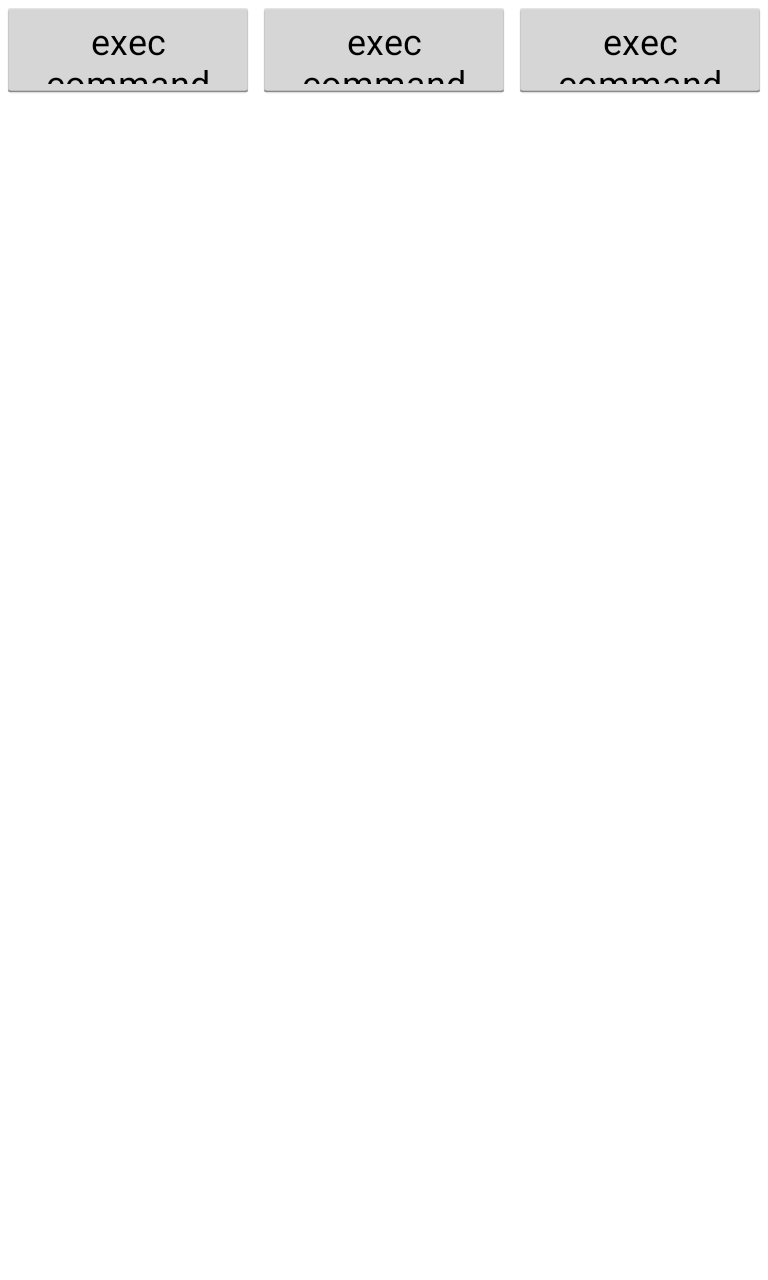
Repository: zzttt/LVM_BackupSol
Layout: TimeTraveler/res/layout/activity_main.xml
An editor plug-in stored every save of this project. The layout is shown before and after the next save, followed by the edit.
It is drawn on a 768 x 1280 px phone screen (xhdpi) without system bars, with theme AppTheme; the app's code is not run. Lists and similar views that code fills are empty.

Above is the layout before, as saved 2014-07-01 23:27:38.

### TimeTraveler/res/layout/activity_main.xml
<?xml version="1.0" encoding="utf-8"?>
<RelativeLayout xmlns:android="http://schemas.android.com/apk/res/android"
    android:layout_width="fill_parent"
    android:layout_height="fill_parent"
    >

    <LinearLayout
        android:layout_width="fill_parent"
        android:layout_height="150dip"
        android:orientation="horizontal"
        android:id="@+id/title_layout"
        >

        <Button
            android:id="@+id/btn_one"
            android:layout_width="0dip"
            android:layout_weight="1"
            android:layout_height="50dip"
            android:text="exec command" />

        <Button
            android:id="@+id/btn_two"
            android:layout_width="0dip"
            android:layout_weight="1"
            android:layout_height="50dip"
            android:text="exec command" />

        <Button
            android:id="@+id/btn_three"
            android:layout_width="0dip"
            android:layout_weight="1"
            android:layout_height="50dip"
            android:text="exec command" />
    </LinearLayout>

	<android.support.v4.view.ViewPager
	    android:id="@+id/pager"
	    android:layout_width="match_parent"
	    android:layout_height="match_parent"
	 	android:layout_below="@+id/ll_title_layout"
	    >



	</android.support.v4.view.ViewPager>
</RelativeLayout>

Loaded but not shown: TimeTraveler/res/values/styles.xml (common file); TimeTraveler/res/values-v11/styles.xml (common file); TimeTraveler/res/values-v14/styles.xml (common file)

After the next save:
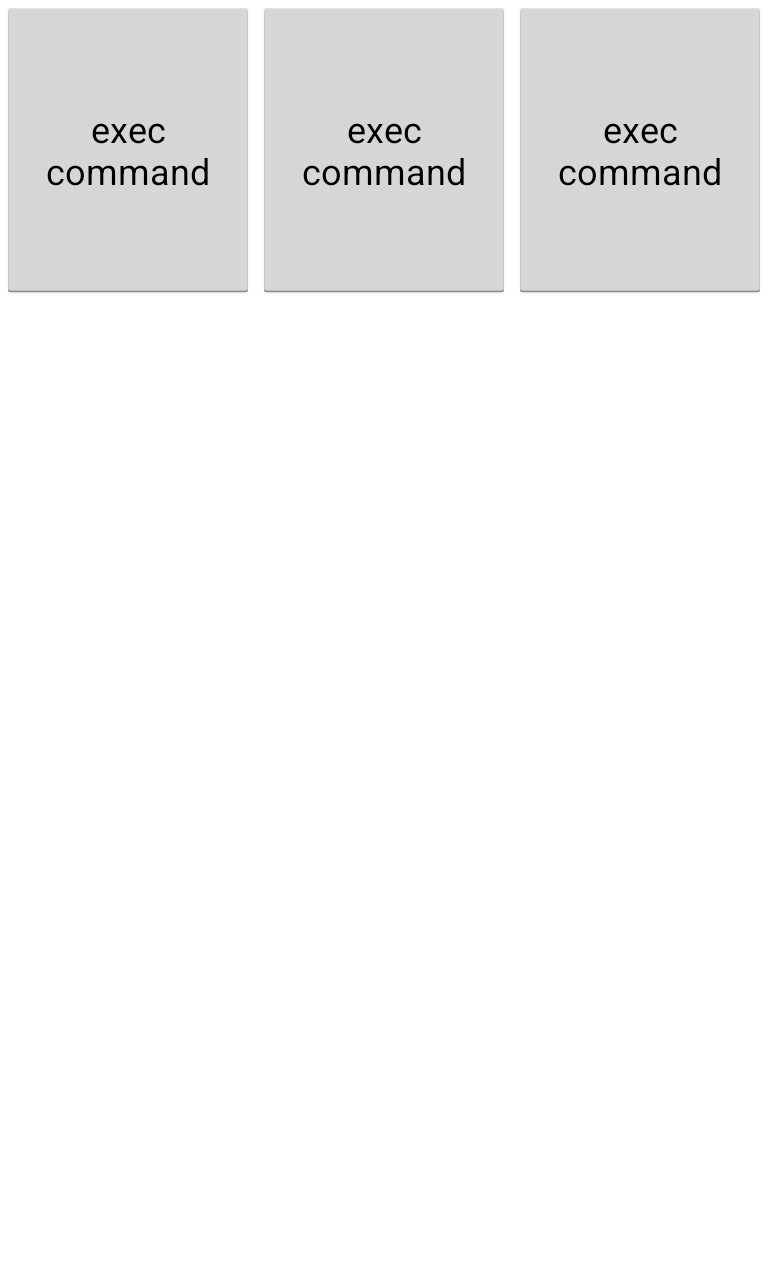
Saved 6 s later.
--- a/TimeTraveler/res/layout/activity_main.xml
+++ b/TimeTraveler/res/layout/activity_main.xml
@@ -15,21 +15,21 @@
             android:id="@+id/btn_one"
             android:layout_width="0dip"
             android:layout_weight="1"
-            android:layout_height="50dip"
+            android:layout_height="150dip"
             android:text="exec command" />
 
         <Button
             android:id="@+id/btn_two"
             android:layout_width="0dip"
             android:layout_weight="1"
-            android:layout_height="50dip"
+            android:layout_height="150dip"
             android:text="exec command" />
 
         <Button
             android:id="@+id/btn_three"
             android:layout_width="0dip"
             android:layout_weight="1"
-            android:layout_height="50dip"
+            android:layout_height="150dip"
             android:text="exec command" />
     </LinearLayout>
 
